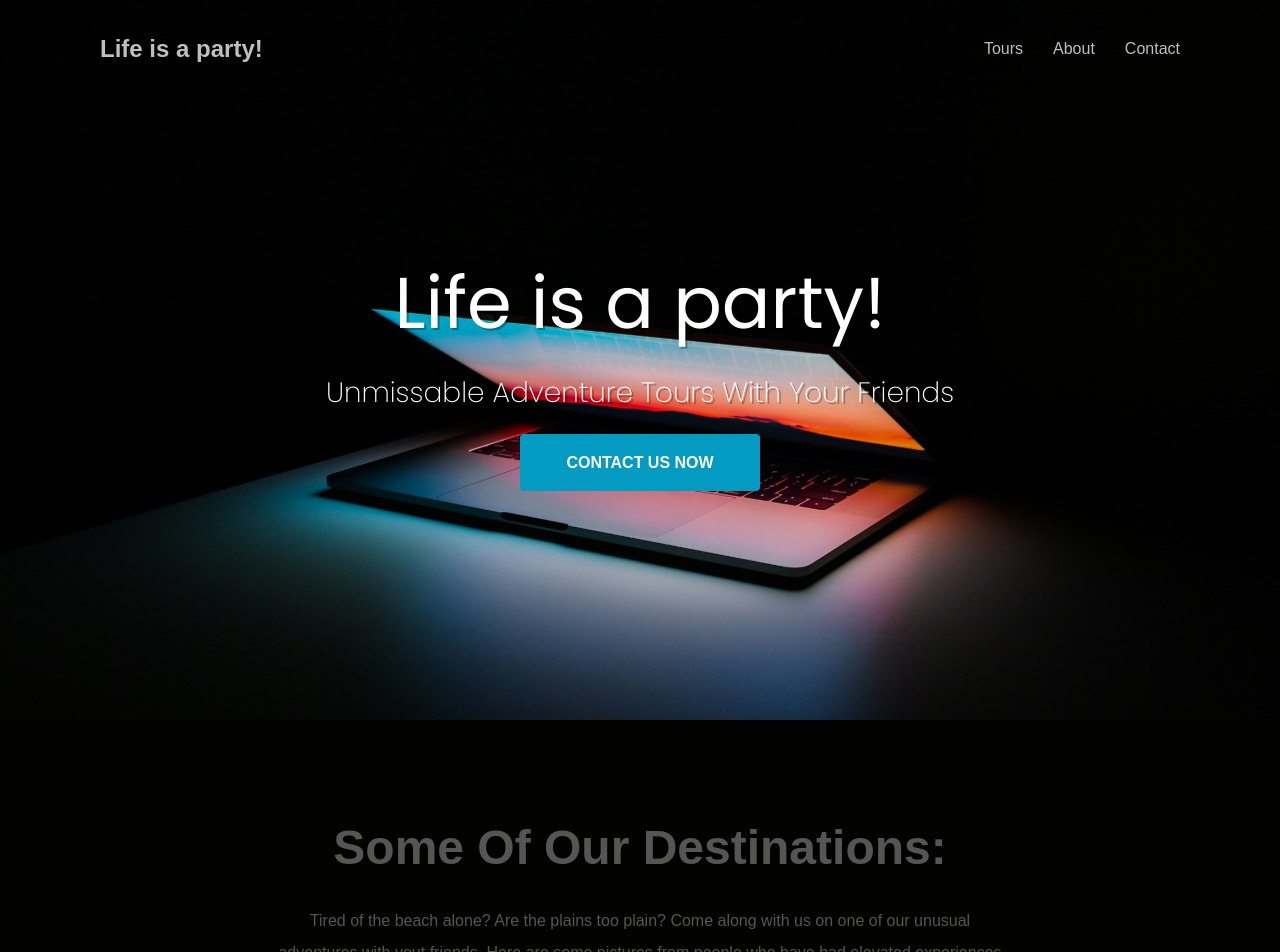
Repository: Samkiroko/Techcamp-html
Page: index.html
The author's editor kept a copy of each file at every save. The page is drawn from the files as they stood at one save, then again after the next save.
The browser window is 1280 px wide. The pictures show the part of the page from y = 0 to 952 px (the page is 4704 px tall).

Above is the page before, as saved 2021-08-05 16:40:03.
Not found: assets/css/styles.css

After the next save:
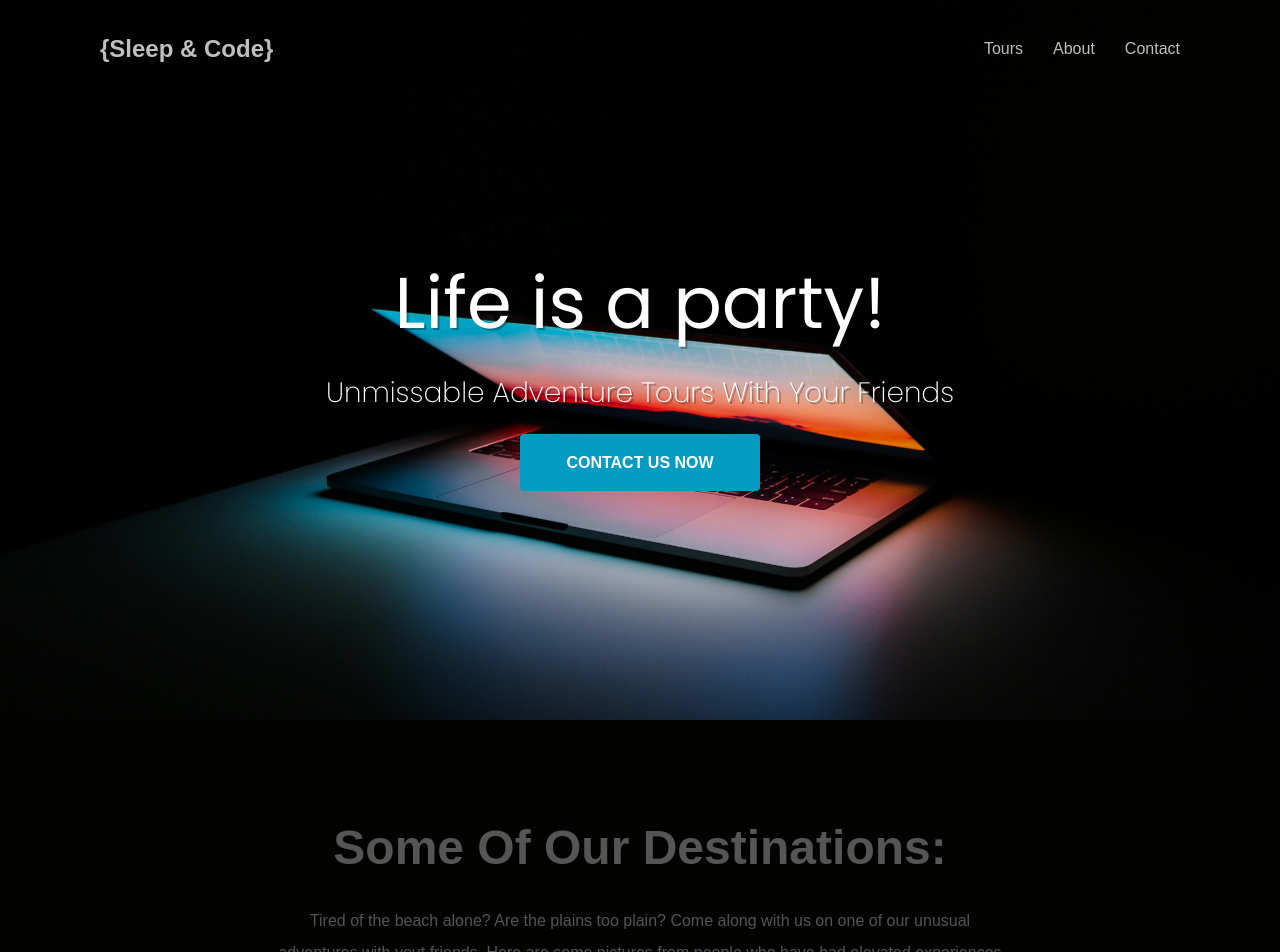
Saved 47 s later.
--- a/index.html
+++ b/index.html
@@ -20,7 +20,7 @@
 
 <!-- Forked from a template on Tutorialzine: https://tutorialzine.com/2016/06/freebie-landing-page-template-with-flexbox -->
 <header>
-    <h2><a href="#">Life is a party!</a></h2>
+    <h2><a href="#">{Sleep & Code}</a></h2>
     <nav>
         <li><a href="#">Tours</a></li>
         <li><a href="#">About</a></li>
